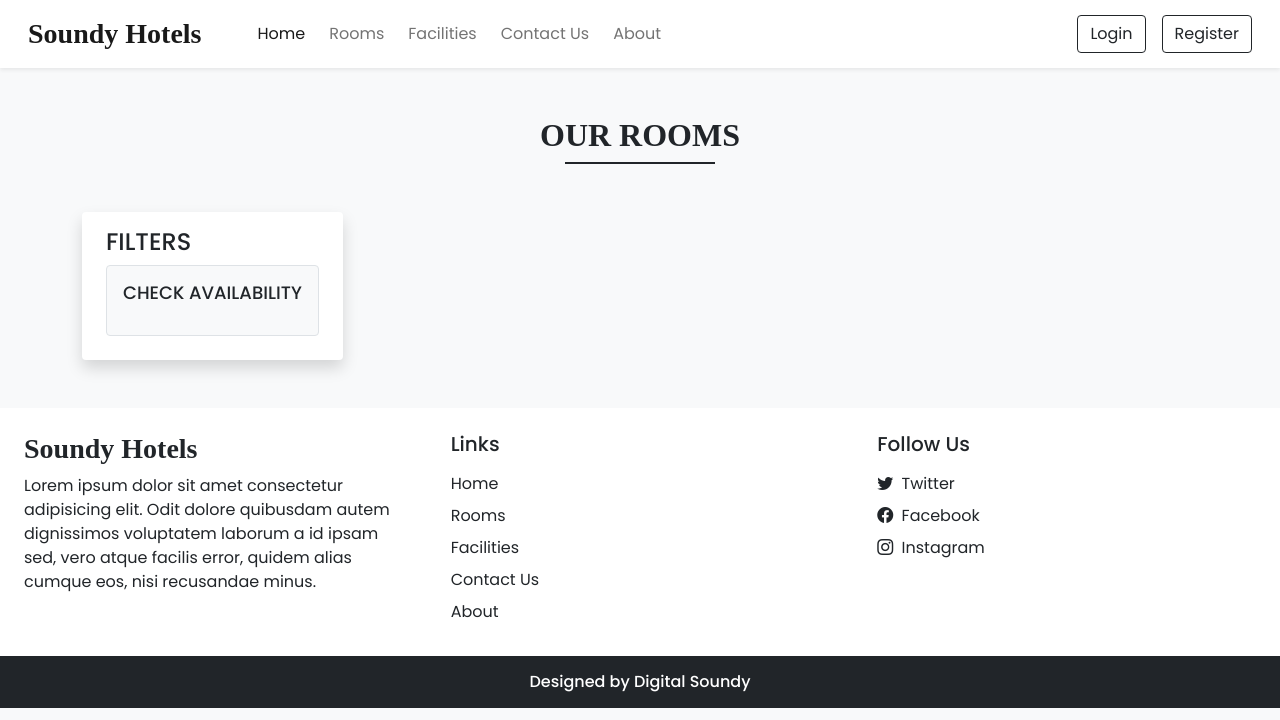
Repository: spencersoundy/Hotel-Booking-App
Page: http://localhost/rooms.php
An editor plug-in stored every save of this project. The page is shown before and after the next save, followed by the edit.
The browser window is 1280 px wide. The pictures show the whole page.
Some web fonts or font styles are not loaded; a fallback is used. The page is run by PHP 8.4 with error messages shown; the project is at /var/www/html/.

Above is the page before, as saved 2023-08-05 00:36:38.

After the next save:
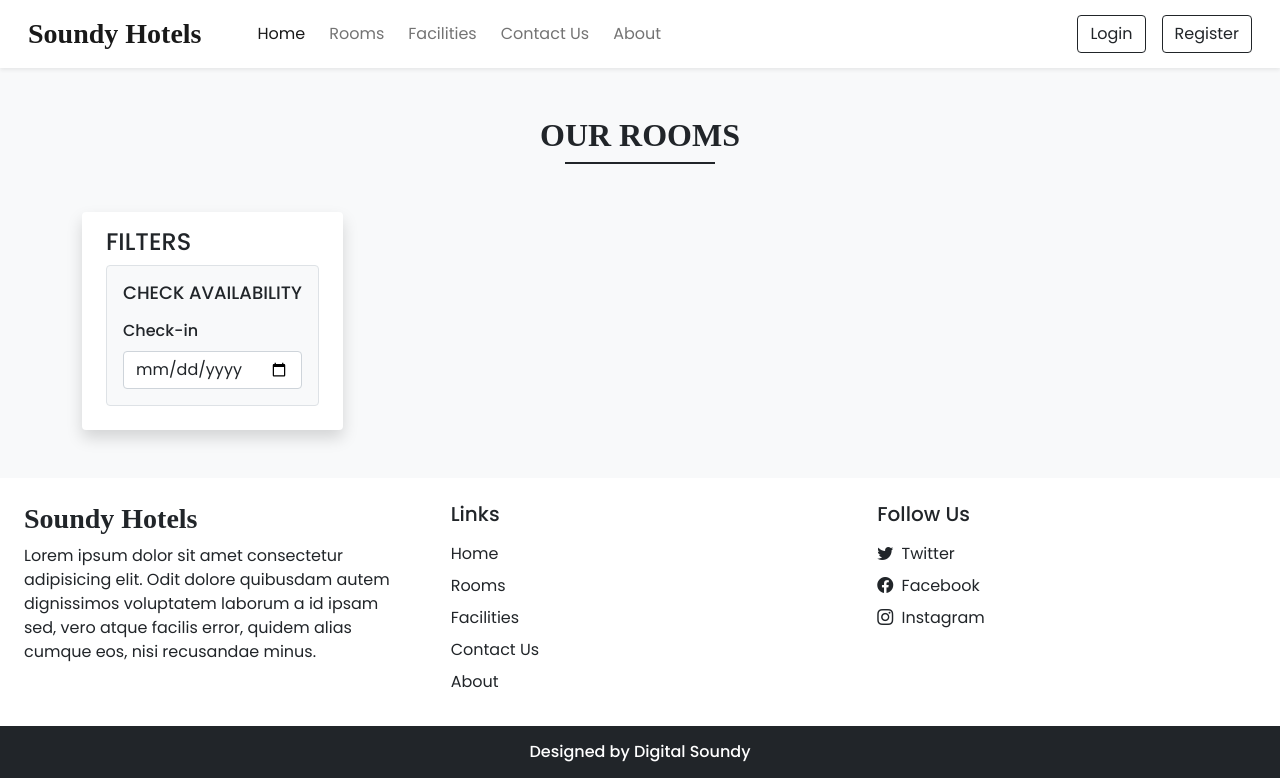
Saved 65 s later.
--- a/rooms.php
+++ b/rooms.php
@@ -29,7 +29,8 @@
                 <div class="collapse navbar-collapse" id="filterDropdown">
                     <div class="border bg-light p-3 rounded mb-3">
                         <h5 class="mb-3" style="font-size: 18px;">CHECK AVAILABILITY</h5>
-
+                        <label class="form-label" style="font-weight: 500;">Check-in</label>
+                                <input type="date" class="form-control shadow-none">
                     </div>
                 </div>
             </div>
